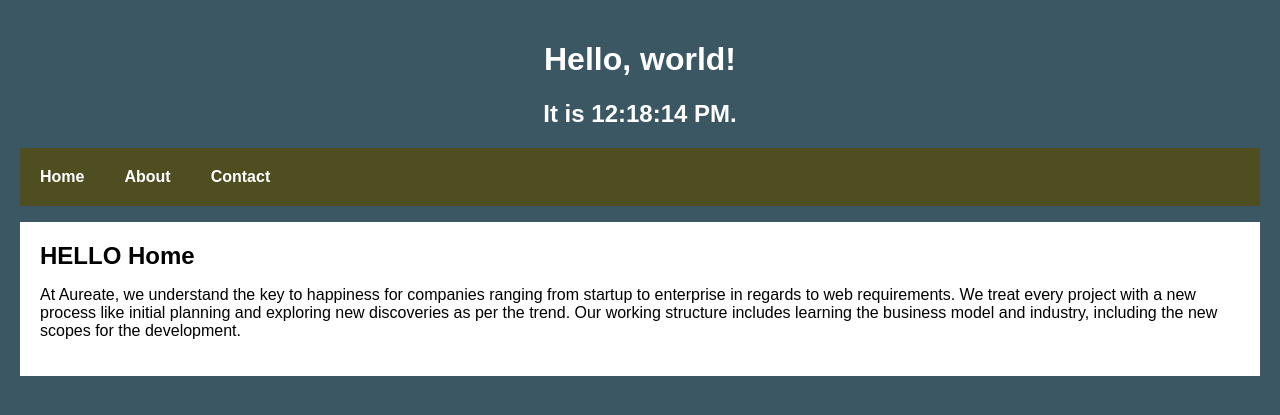
Repository: hardikaureate/React-Pages-Menu
Page: /
These files come from the project's save history. The page is drawn as it stood at one moment and after the next save; the edit follows.
The browser window is 1280 px wide. The pictures show the whole page.
The project was rebuilt for these pictures with package versions that can differ from the ones it lists, and the page was loaded fresh each time. Also part of the build but not shown: src/About.js, src/Contact.js.

Above is the page before, as saved 2020-10-09 14:56:47.

### src/index.js
import React from 'react';
import ReactDOM from 'react-dom';
import './index.css';
import Main from './Main';
import Clock from './Clock';

ReactDOM.render(
<React.Fragment>
<Clock />
<Main/>
</React.Fragment>
, document.getElementById('root'));

### src/index.css
body {
    background-color: #3a5763;
    padding: 20px;
    margin: 0;
}

h1,
h2,
p,
ul,
li {
    font-family: sans-serif;
}

ul.header li {
    display: inline;
    list-style-type: none;
    margin: 0;
}

ul.header {
    background-color: #4e4e21;
    padding: 0;
}

ul.header li a {
    color: #FFF;
    font-weight: bold;
    text-decoration: none;
    padding: 20px;
    display: inline-block;
}

.content {
    background-color: #FFF;
    padding: 20px;
}

.content h2 {
    padding: 0;
    margin: 0;
}

.content li {
    margin-bottom: 10px;
}

.active {
    background-color: #0099FF;
}

.common {
    text-align: center;
    color: #FFF;
}

### src/Main.js
import React, { Component } from 'react'
import {Route, Link, HashRouter} from 'react-router-dom';
import Home from './Home';
import About from './About';
import Contact from './Contact';


class Main extends Component {
        render(){
                return(
                        <HashRouter>
                        <React.Fragment>
                                <ul className="header">
                                        <li><Link exact to="/">Home</Link></li>
                                        <li><Link to="/about">About</Link></li>
                                        <li><Link to="/contact">Contact</Link></li>
                                </ul>

                                <div className="content">
                                        <Route exact path="/" component={Home} />
                                        <Route path="/about" component={About} />
                                        <Route path="/contact" component={Contact} />
                                </div>
                        </React.Fragment>
                        </HashRouter>
                )
        }
}

export default Main;

### src/Clock.js
import React, { Component } from 'react'

export default class Clock extends Component {
        constructor(props) {
                super(props);
                console.log('constructtt');
                this.state = {date: new Date()};
              }

              componentDidMount(){
                console.log('DidMount')
                      this.Tid = setInterval( () =>
                              this.tick(), 1000
                      );
              }

              componentWillUnmount() {
                      console.log('WillMount')
                      clearInterval(this.Tid)
              }

              tick(){
                //console.log('tick()method')
                      this.setState({
                              date : new Date()
                      })
              }

              render() {
                      console.log('Rendering')
                return (
                  <div>
                    <h1 className="common">Hello, world!</h1>
                    <h2 className="common">It is {this.state.date.toLocaleTimeString()}.</h2>
                  </div>
                );
              }
}

### src/Home.js
import React, { Component } from 'react'

class Home extends Component {
        render() {
                return (
                        <div>
                        <h2>HELLO Home</h2>
                              <p>At Aureate, we understand the key to happiness for companies ranging from startup to enterprise in regards to web requirements. We treat every project with a new process like initial planning and exploring new discoveries as per the trend. Our working structure includes learning the business model and industry, including the new scopes for the development.</p>
                        </div>
                )
        }
}


export default Home;

Loaded but not shown: public/index.html (common file)

After the next save:
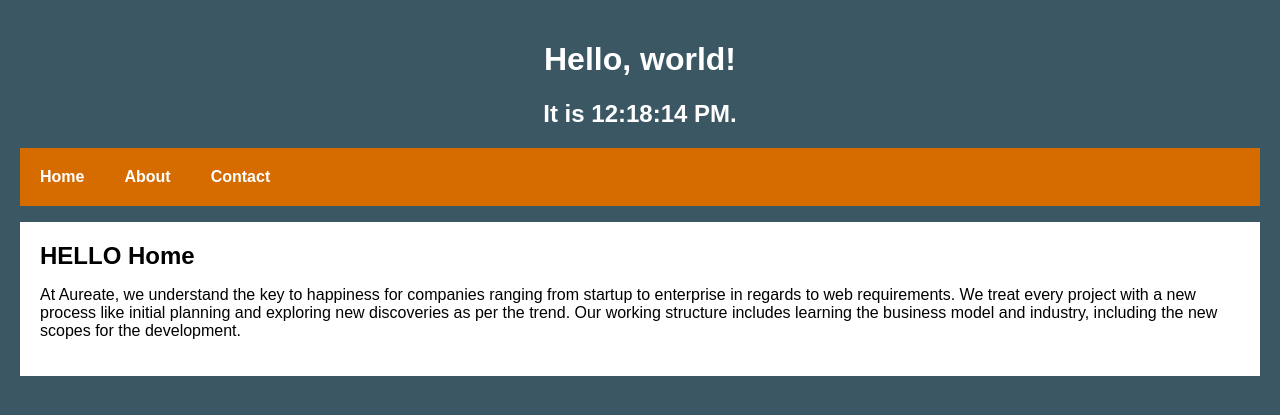
Saved 70 s later.
--- a/src/index.css
+++ b/src/index.css
@@ -19,7 +19,7 @@
 }
 
 ul.header {
-    background-color: #4e4e21;
+    background-color: #d66c00;
     padding: 0;
 }
 
